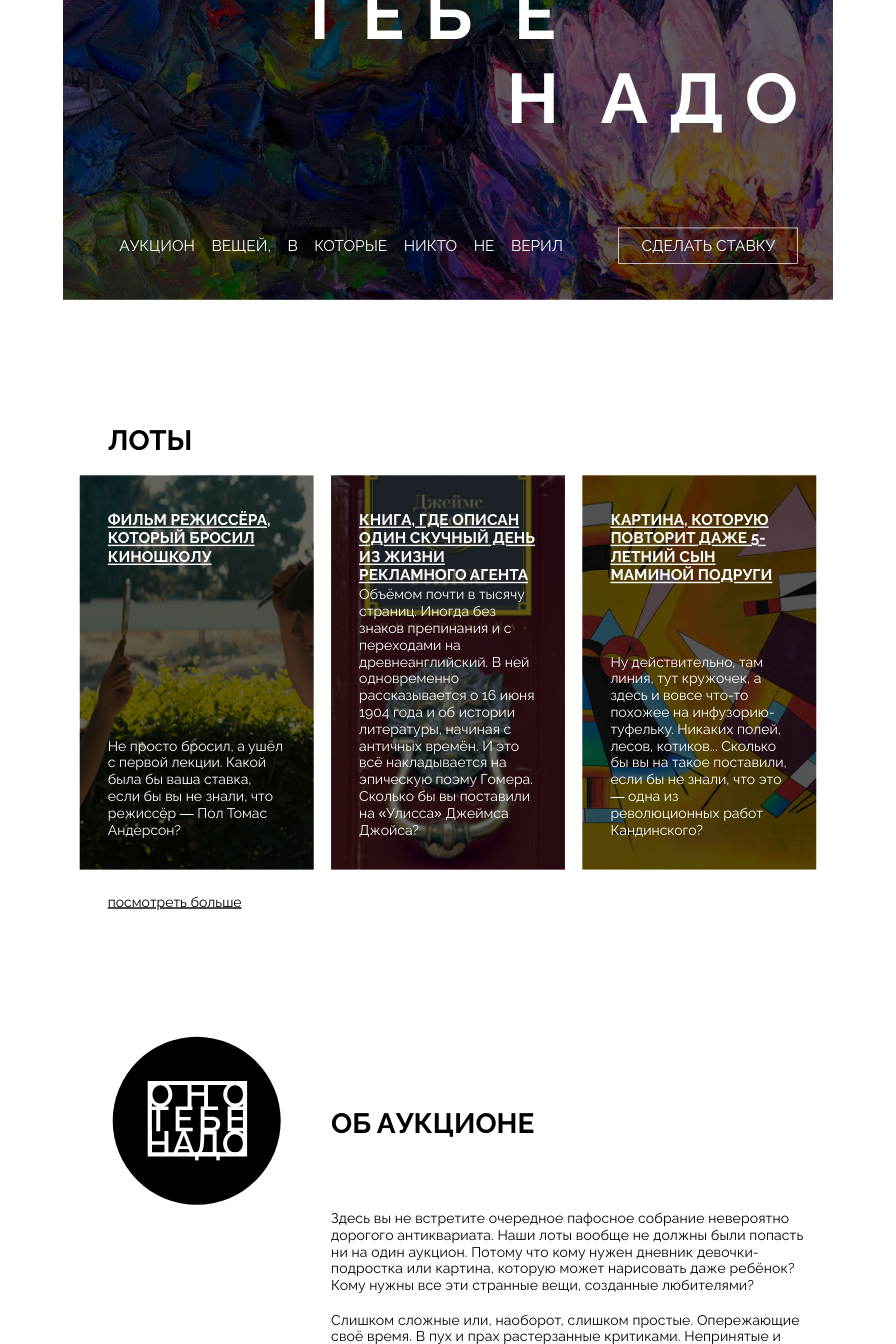
Repository: Smoyki/ono-tebe-nado
Page: index.html
These files come from the project's save history. The page is drawn as it stood at one moment and after a run of saves; the edit follows.
The browser window is 1280 px wide. The pictures show the part of the page from y = 623 to 2543 px (the page is 3028 px tall), at 70% of full size.

Above is the page before, as saved 2024-04-22 12:47:41.

After the next 4 saves:
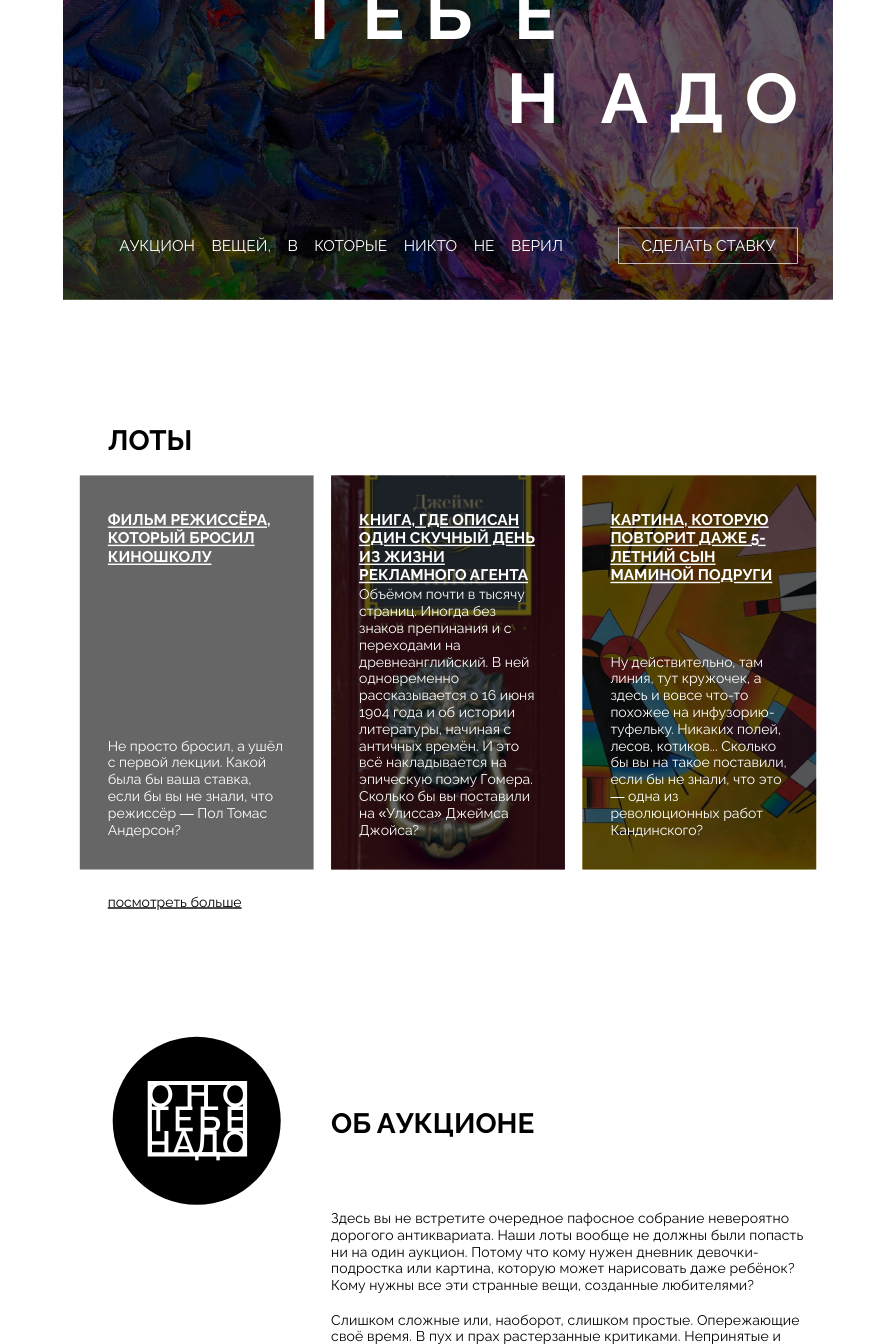
The 4 saves are shown as one change because they came seconds apart.
The last was saved 29 min 25 s later.
--- a/styles/style.css
+++ b/styles/style.css
@@ -214,7 +214,7 @@
 }
 
 
-.first-img{
+card_type_film {
   background-image: url(../images/card-lot-01.jpg);
 }
 
